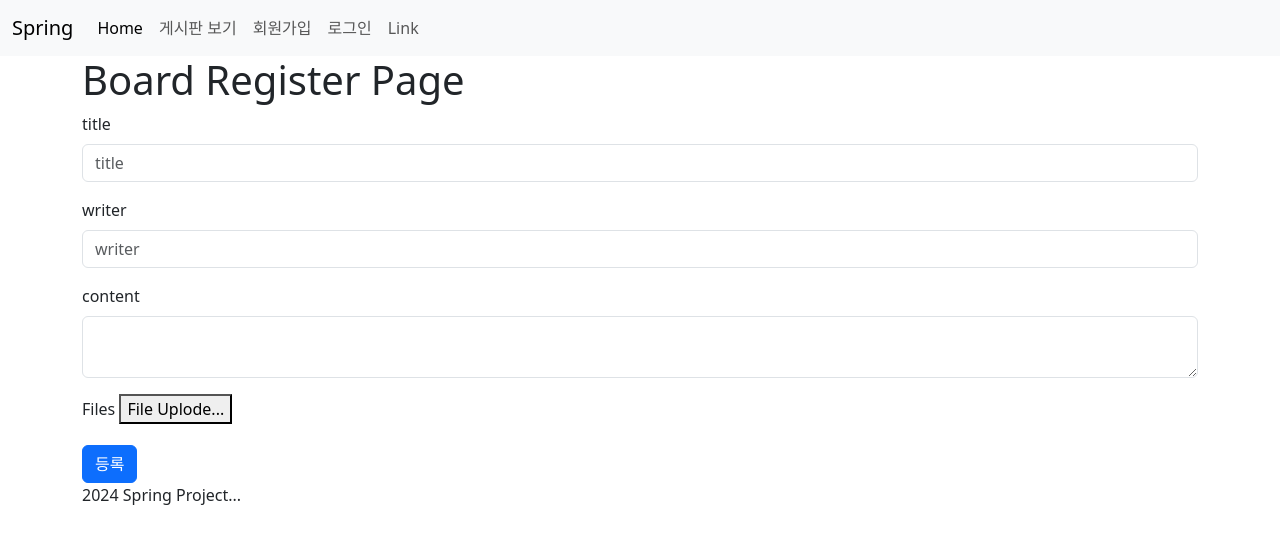
Repository: oco0217/springTest240430
Page: http://localhost/spring_study/WEB-INF/views/board/register.jsp
The author's editor kept a copy of each file at every save. The page is drawn from the files as they stood at one save, then again after the next save.
The browser window is 1280 px wide. The pictures show the whole page.
The page is served by Tomcat 9. Nobody is signed in. The template is opened directly, without the code that normally fills it, so the values that code supplies are empty.

Above is the page before, as saved 2024-04-29 01:35:51.

After the next save:
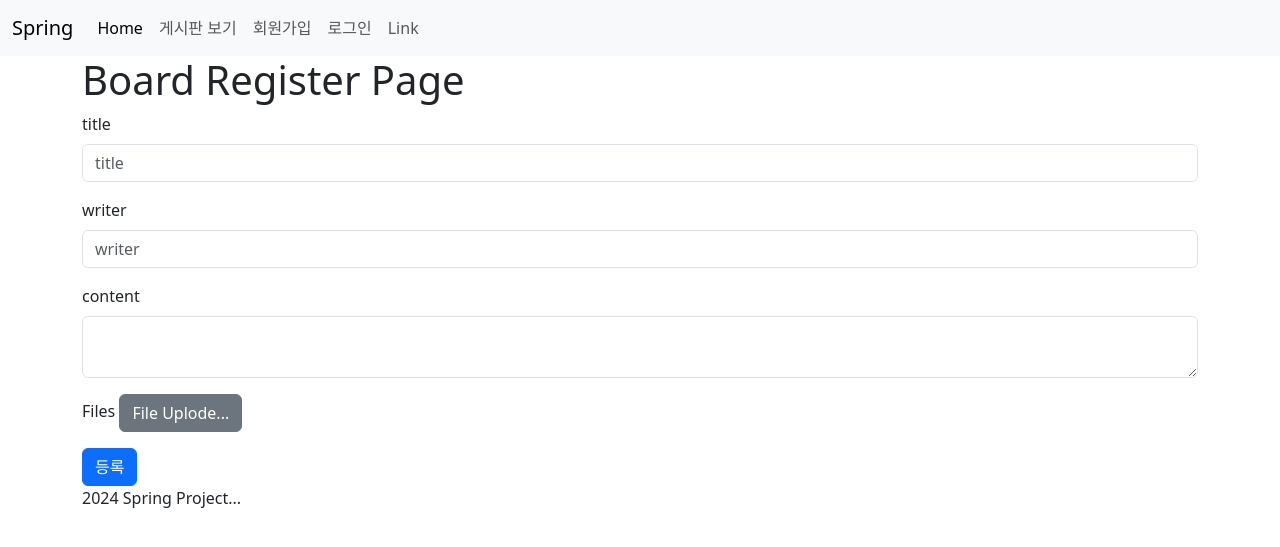
Saved 37 s later.
--- a/spring_study/src/main/webapp/WEB-INF/views/board/register.jsp
+++ b/spring_study/src/main/webapp/WEB-INF/views/board/register.jsp
@@ -24,7 +24,7 @@
 <div class="mb-3">
   <label for="file" class="form-label">Files</label>
   <input type="file" class="form-control" id="file" name="file" multiple="multiple" style="display: none">
-  <button type="button" class="">File Uplode...</button>
+  <button type="button" class="btn btn-secondary">File Uplode...</button>
 </div>
 
 <button type="submit" class="btn btn-primary">등록</button>
